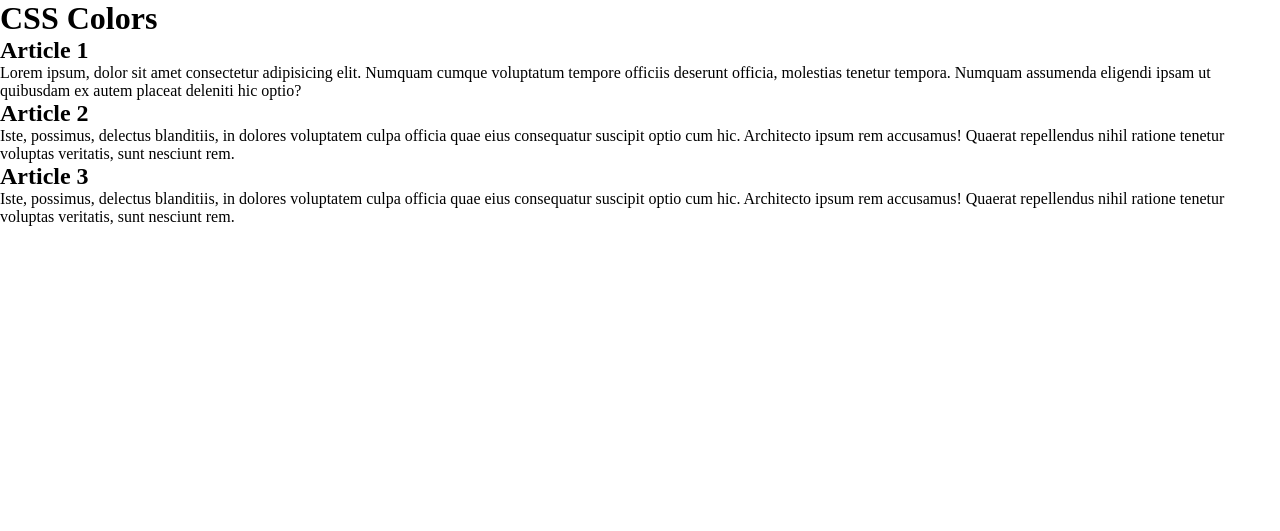
Repository: madhurik9999/Css
Page: index.html
These files come from the project's save history. The page is drawn as it stood at one moment and after the next save; the edit follows.
The browser window is 1280 px wide. The pictures show the whole page.

Above is the page before, as saved 2023-12-09 12:03:56.

### index.html
<!DOCTYPE html>
<html lang="en">

<head>
    <meta charset="UTF-8">
    <meta http-equiv="X-UA-Compatible" content="IE=edge">
    <meta name="viewport" content="width=device-width, initial-scale=1.0">
    <title>Document</title>
    <link rel="stylesheet" href="styles/style.css">
</head>

<body>
    <header>
        <h1>CSS Colors</h1>
    </header>
    <main>
        <article>
            <h2>Article 1</h2>
            <p class="gray">Lorem ipsum, dolor sit amet consectetur adipisicing elit. Numquam cumque voluptatum tempore
                officiis
                deserunt
                officia, molestias tenetur tempora. Numquam assumenda eligendi ipsam ut quibusdam ex autem placeat
                deleniti
                hic optio?</p>
        </article>
        <article>
            <h2>Article 2</h2>
            <p class="two">Iste, possimus, delectus blanditiis, in dolores voluptatem culpa officia quae
                eius
                consequatur
                suscipit optio
                cum hic. Architecto ipsum rem accusamus! Quaerat repellendus <span class="highlight">nihil</span>
                ratione tenetur voluptas
                veritatis,
                sunt
                nesciunt rem.</p>
        </article>
        <article>
            <h2>Article 3</h2>
            <p class="three">Iste, possimus, delectus blanditiis, in dolores voluptatem culpa officia quae eius
                consequatur
                suscipit optio
                cum hic. Architecto <span class="highlight">ipsum</span> rem accusamus! Quaerat repellendus nihil
                ratione tenetur voluptas
                veritatis,
                sunt
                nesciunt rem.</p>
        </article>
    </main>
</body>

</html>

### styles/style.css
/* Selectors */
/* html {
    font-size: 22px;
}

body {
    font-size: 22px;
}

main {
    font-family: monospace;
}

button,
input,
textarea,
select {
    font: inherit;
}

p {
    color: purple;
}

.highlight {
    text-transform: uppercase;
    background-color: gold;
}

.gray {
    color: grey;
}

#second {
    font-style: italic;
} */

/* Colors */
/* body {
    font-size: 22px;
    font-family: Arial, Helvetica, sans-serif;
    line-height: 1.5;
    background: papayawhip;
    color: rgb(255, 0, 0);
}

p {
    color: #ff00ffd2;
} */

/* Css Units & Sizes */
/* * {
    margin: 0;
    padding: 0;
    box-sizing: border-box;
}

body {
    width: 100%;
    height: 100vh;
}

h1 {
    border: 2px dashed red;
    width: 50%;
    font-size: 3rem;
    padding: 0.5em;
}

main {
    font-size: 2rem;
}

p {
    font-size: 2rem;
} */

/* CSS BOX MODEL */
/* * {
    margin: 0;
    padding: 0;
    box-sizing: border-box;
}

h1 {
    border: 2px dashed red;
    width: 400px;
    font-size: 3rem;
    padding: 0.5em;
} */

/* /Box Modal */
* {
    margin: 0;
    padding: 0;
    box-sizing: border-box;
}

.container {
    border: 2px dashed red;
    width: 400px;
    padding: 1.5rem;
}

After the next save:
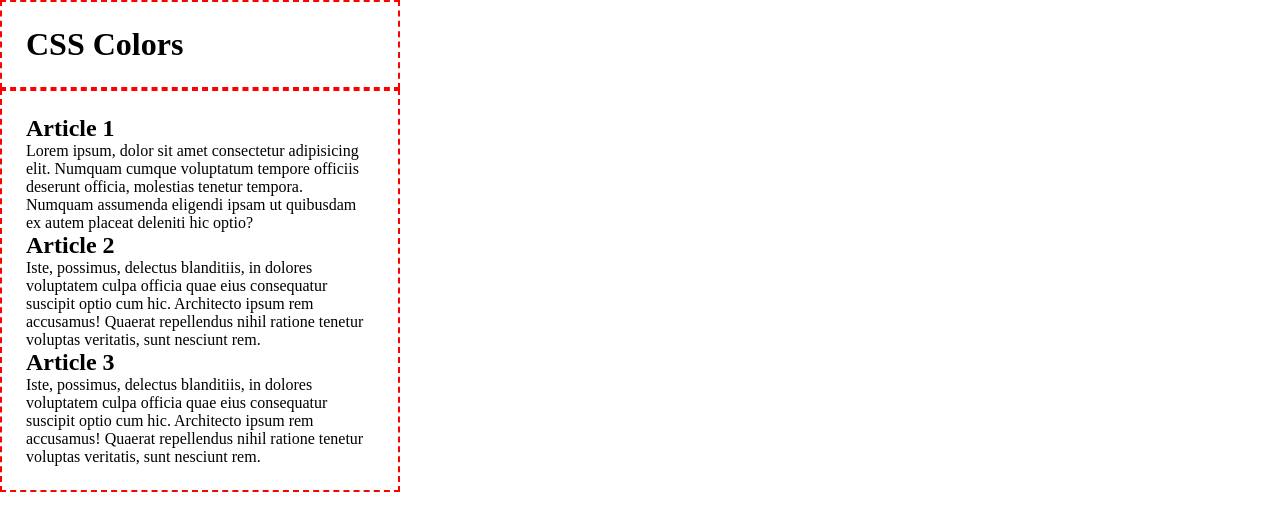
Saved 58 s later.
--- a/index.html
+++ b/index.html
@@ -10,10 +10,10 @@
 </head>
 
 <body>
-    <header>
+    <header class="container">
         <h1>CSS Colors</h1>
     </header>
-    <main>
+    <main class="container">
         <article>
             <h2>Article 1</h2>
             <p class="gray">Lorem ipsum, dolor sit amet consectetur adipisicing elit. Numquam cumque voluptatum tempore
